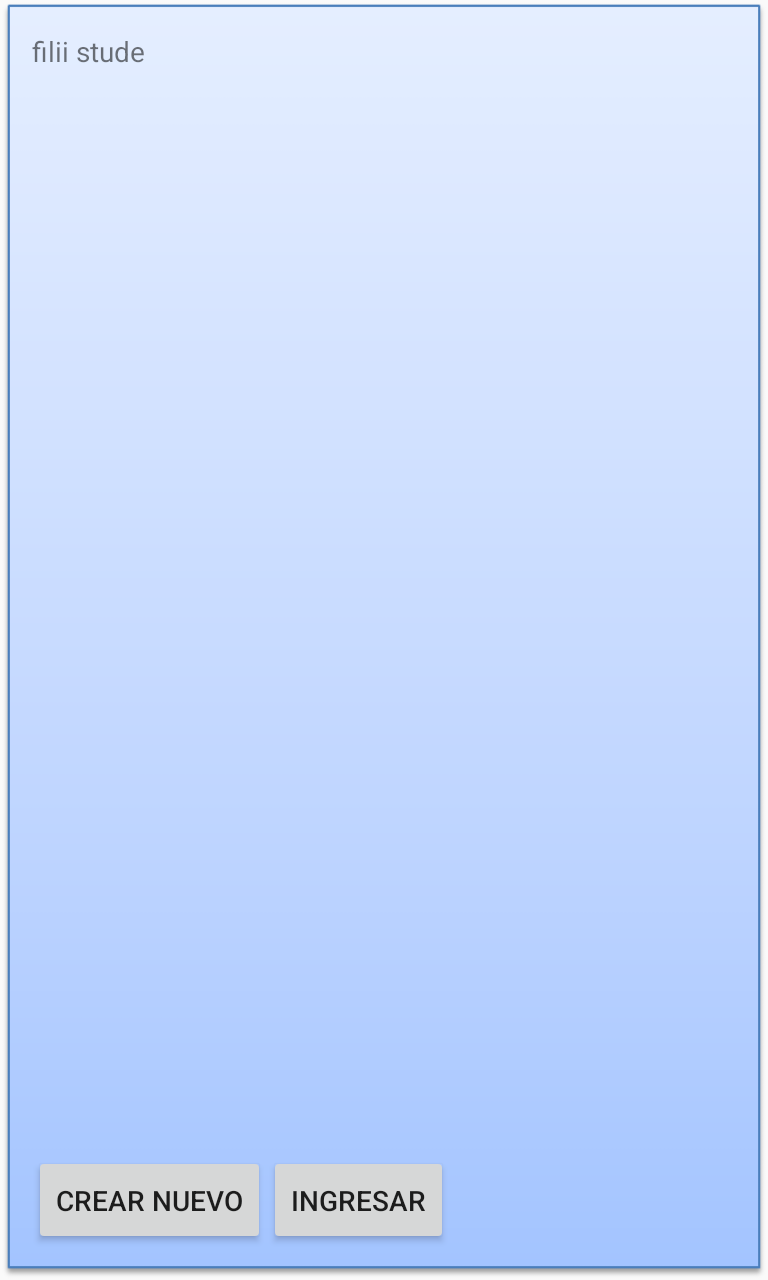
Repository: AntonioloNeviani/ProyectoDeInvestigacion_Android
Layout: FiliiStude/res/layout/activity_main.xml
An editor plug-in stored every save of this project. The layout is shown before and after the next save, followed by the edit.
It is drawn on a 768 x 1280 px phone screen (xhdpi) without system bars, with theme AppTheme; the app's code is not run. Lists and similar views that code fills are empty.

Above is the layout before, as saved 2015-05-26 16:32:50.

After the next save:
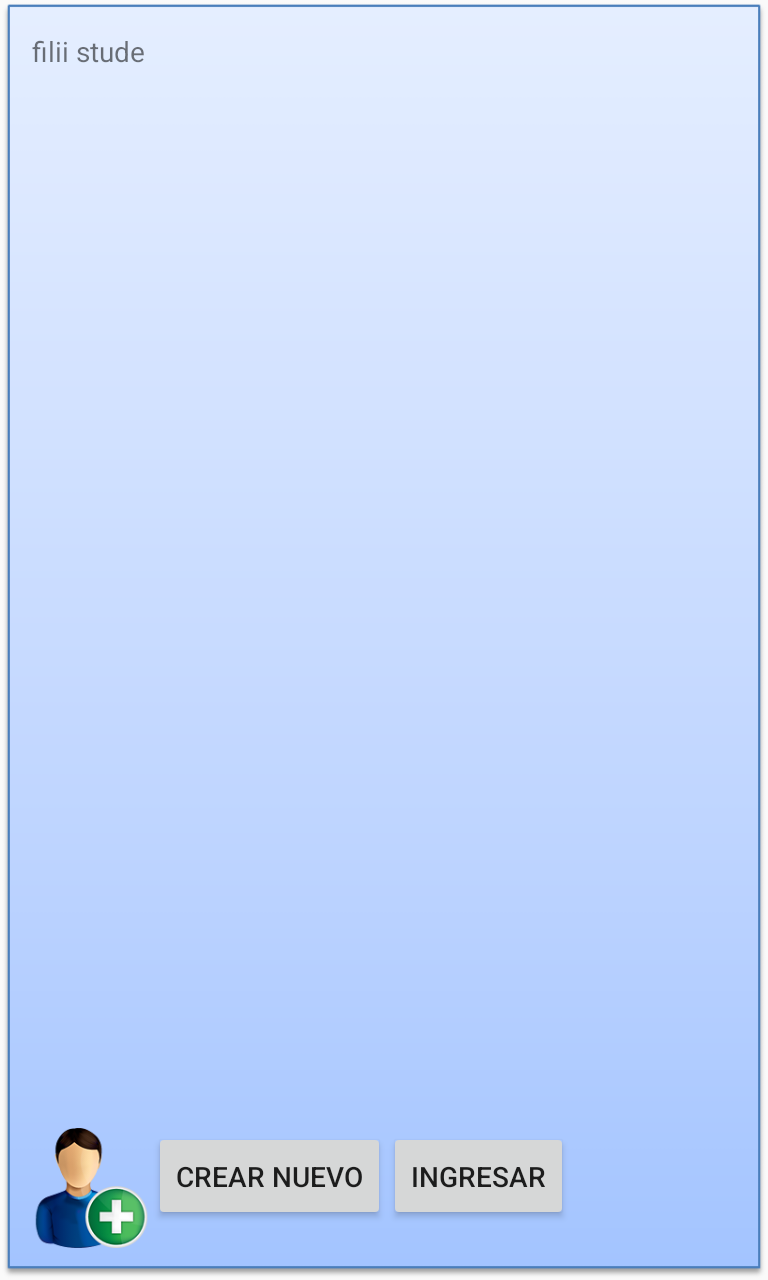
Saved 3 min 11 s later.
--- a/FiliiStude/res/layout/activity_main.xml
+++ b/FiliiStude/res/layout/activity_main.xml
@@ -42,6 +42,12 @@
             android:layout_width="match_parent"
             android:layout_height="wrap_content" >
 
+            <ImageButton
+                android:id="@+id/imageButton1"
+                android:layout_width="60dp"
+                android:layout_height="60dp"
+                android:background="@drawable/user_add" />
+
             <Button
                 android:id="@+id/button1"
                 android:layout_width="wrap_content"
